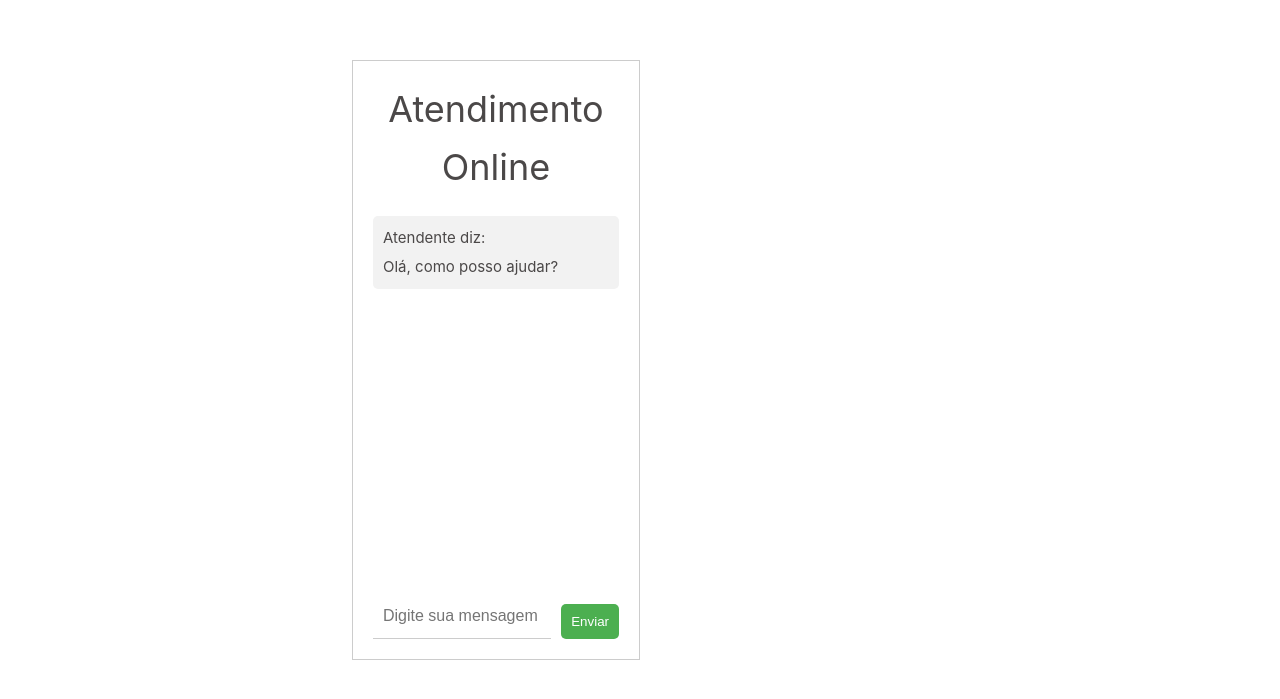
Repository: GabrielGuinzani/vueChat
Page: /
The author's editor kept a copy of each file at every save. The page is drawn from the files as they stood at one save, then again after the next save.
The browser window is 1280 px wide. The pictures show the whole page.
Some web libraries are served in a nearby version. The project was rebuilt for these pictures with package versions that can differ from the ones it lists, and the page was loaded fresh each time. Also part of the build but not shown: vite.config.js.

Above is the page before, as saved 2023-04-19 11:53:02.

After the next save:
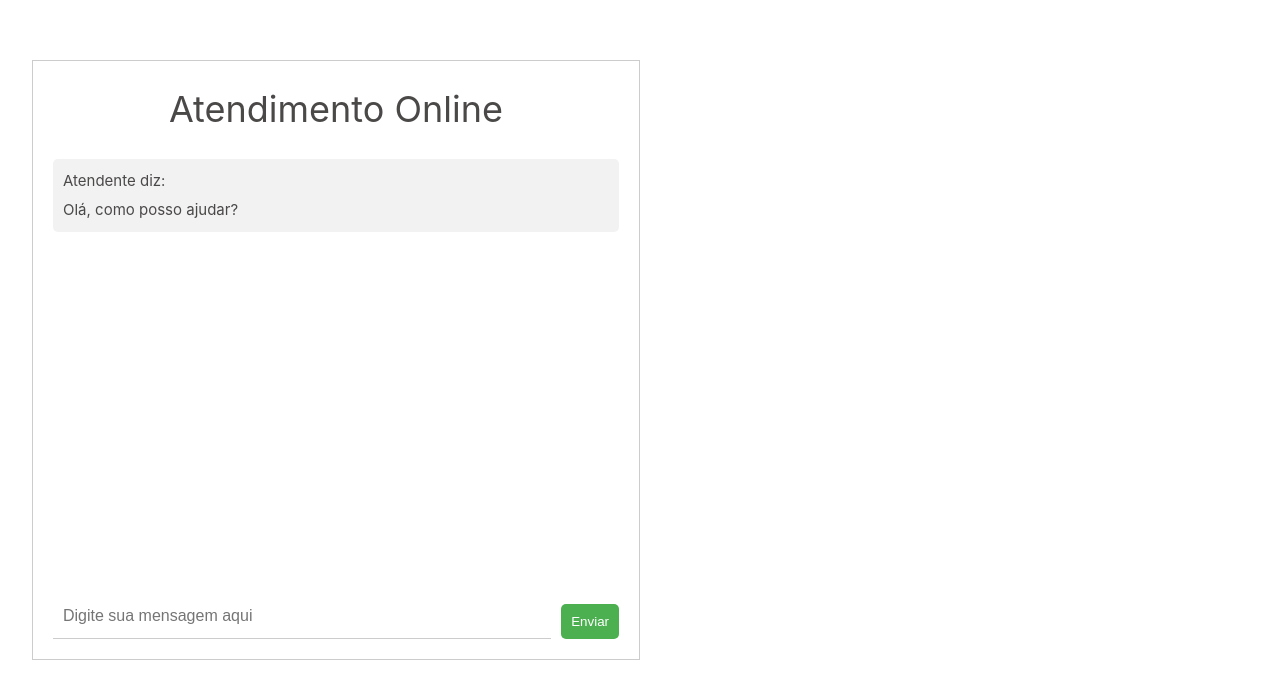
Saved 14 s later.
--- a/src/App.vue
+++ b/src/App.vue
@@ -57,11 +57,11 @@ body {
   display: flex;
   justify-content: center;
   align-items: center;
-  height: 600px;
+  height: 50%;
 }
 
 #app {
-  width: 50%;
+  width: 100%;
   height: 600px;
 }
 
